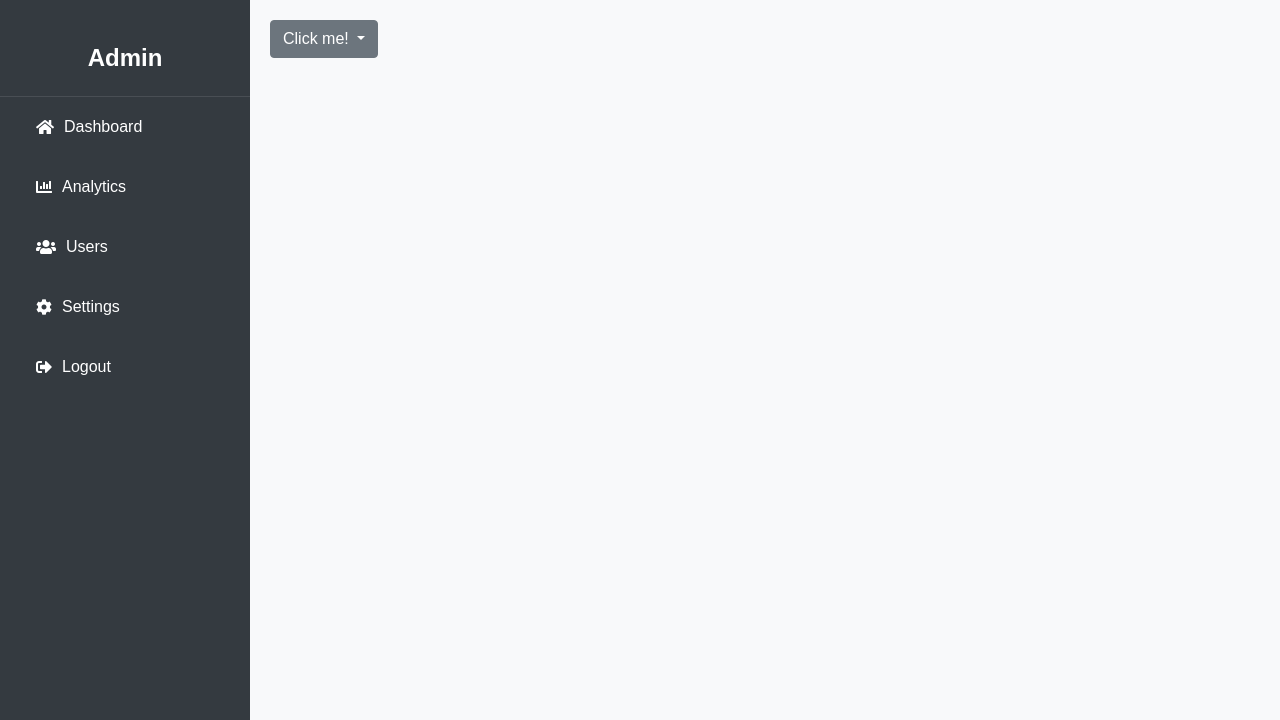
Repository: Darkrepo23/Ecommerce-Manalastas-project
Page: admin/dashboard.html
The author's editor kept a copy of each file at every save. The page is drawn from the files as they stood at one save, then again after the next save.
The browser window is 1280 px wide. The pictures show the whole page.
Some web libraries are served in a nearby version.

Above is the page before, as saved 2026-01-06 08:58:03.

After the next save:
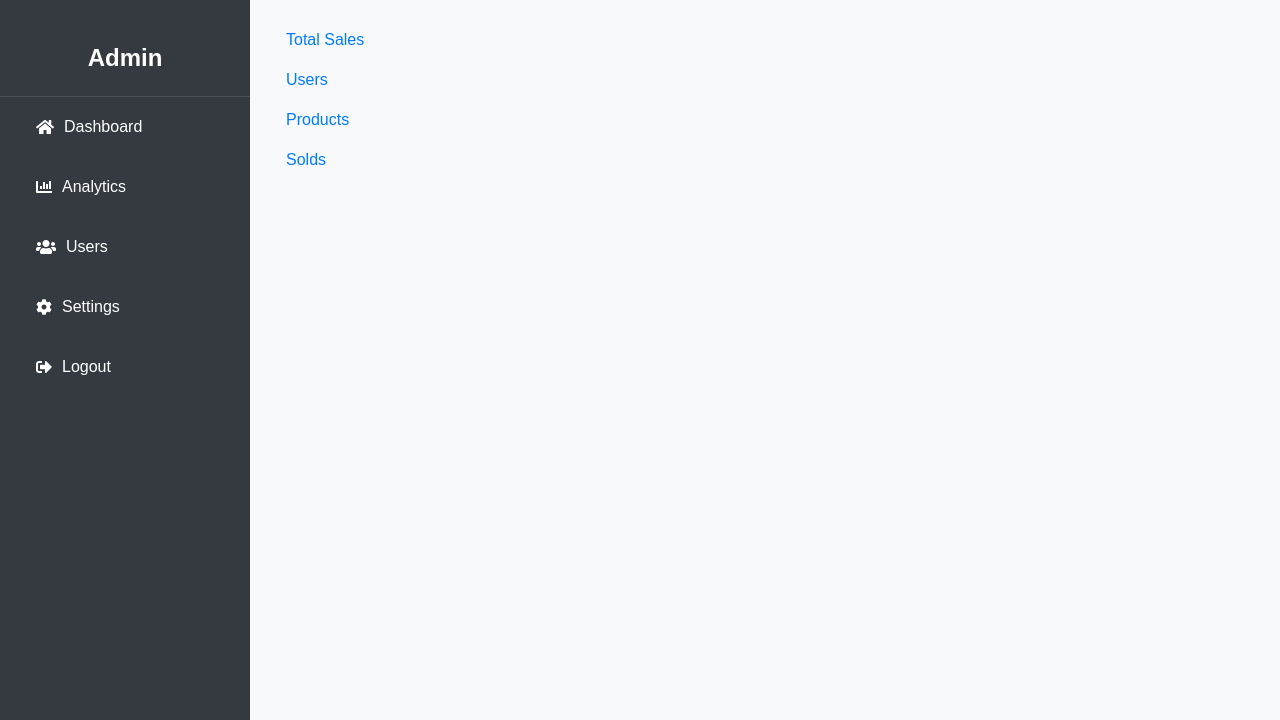
Saved 81 s later.
--- a/admin/dashboard.html
+++ b/admin/dashboard.html
@@ -101,18 +101,22 @@
     </div>
 
     <div class="content">
-        <div class="dropdown">
-            <button class="btn btn-secondary dropdown-toggle" type="button" id="dropdownMenuButton"
-                data-toggle="dropdown" aria-haspopup="true" aria-expanded="false">
-                Click me!
-            </button>
-            <div class="dropdown-menu" aria-labelledby="dropdownMenuButton">
-                <a class="dropdown-item" href="#">Total Sales</a>
-                <a class="dropdown-item" href="#">Users</a>
-                <a class="dropdown-item" href="#">Products</a>
-                <a class="dropdown-item" href="#">Solds</a>
-            </div>
-        </div>
+ <nav>
+  <ul class="nav flex-column">
+  <li class="nav-item">
+  <a class="nav-link" href="#">Total Sales</a>
+  </li>
+  <li class="nav-item">
+  <a class="nav-link" href="#">Users</a>
+  </li>
+  <li class="nav-item">
+  <a class="nav-link" href="#">Products</a>
+  </li>
+  <li class="nav-item">
+  <a class="nav-link" href="#">Solds</a>
+  </li>
+  </ul>
+ </nav>
     </div>
 
     <script src="https://code.jquery.com/jquery-3.5.1.slim.min.js"></script>

After the save that followed:
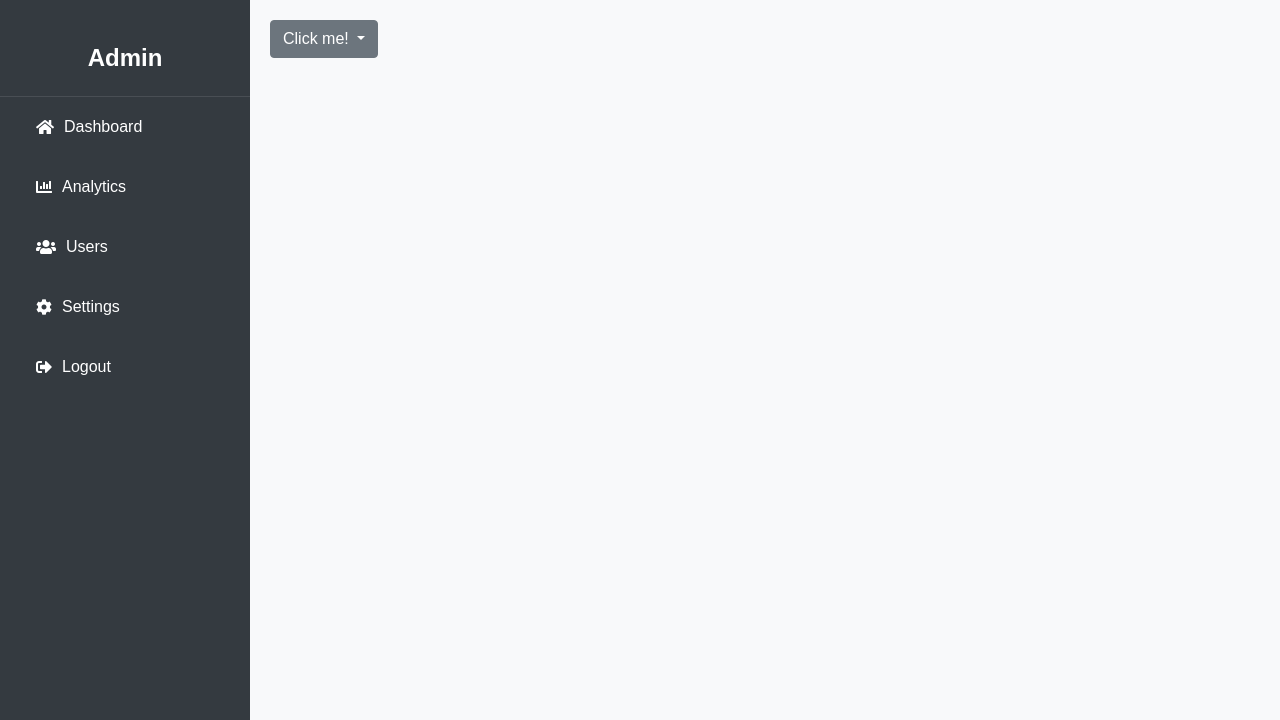
Saved 94 s later.
--- a/admin/dashboard.html
+++ b/admin/dashboard.html
@@ -101,22 +101,18 @@
     </div>
 
     <div class="content">
- <nav>
-  <ul class="nav flex-column">
-  <li class="nav-item">
-  <a class="nav-link" href="#">Total Sales</a>
-  </li>
-  <li class="nav-item">
-  <a class="nav-link" href="#">Users</a>
-  </li>
-  <li class="nav-item">
-  <a class="nav-link" href="#">Products</a>
-  </li>
-  <li class="nav-item">
-  <a class="nav-link" href="#">Solds</a>
-  </li>
-  </ul>
- </nav>
+        <div class="dropdown">
+            <button class="btn btn-secondary dropdown-toggle" type="button" id="dropdownMenuButton"
+                data-toggle="dropdown" aria-haspopup="true" aria-expanded="false">
+                Click me!
+            </button>
+            <div class="dropdown-menu" aria-labelledby="dropdownMenuButton">
+                <a class="dropdown-item" href="#">Total Sales</a>
+                <a class="dropdown-item" href="#">Users</a>
+                <a class="dropdown-item" href="#">Products</a>
+                <a class="dropdown-item" href="#">Solds</a>
+            </div>
+        </div>
     </div>
 
     <script src="https://code.jquery.com/jquery-3.5.1.slim.min.js"></script>
